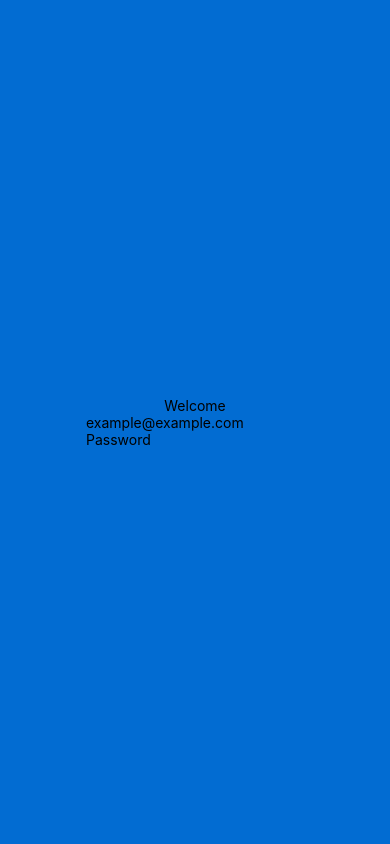
Repository: grownet-App/grownetAll
Screen: / (app in grownet-app/)
An editor plug-in stored every save of this project. The screen is shown before and after the next save, followed by the edit.
The app was drawn by React Native's web renderer in a window 390 px wide. The project was rebuilt for these pictures with package versions that can differ from the ones it lists, and the page was loaded fresh each time.

Above is the screen before, as saved 2023-07-05 16:41:18.

### grownet-app/App.js
import { StatusBar } from 'expo-status-bar';
import { StyleSheet, Text, TextInput, View, Image } from 'react-native';

export default function App() {
  return (
    <View style={styles.container}>
      <Image
        style={styles.tinyLogo}
        source={require('./assets/logo-init.svg')}
      />
      <Text>Welcome</Text>
      <TextInput
      placeholder='example@example.com'
      />
      <TextInput
      placeholder='Password'
      />
      <StatusBar style="auto" />
    </View>
  );
}

const styles = StyleSheet.create({
  container: {
    flex: 1,
    backgroundColor: '#026CD2',
    alignItems: 'center',
    justifyContent: 'center',
  },
});

After the next save:
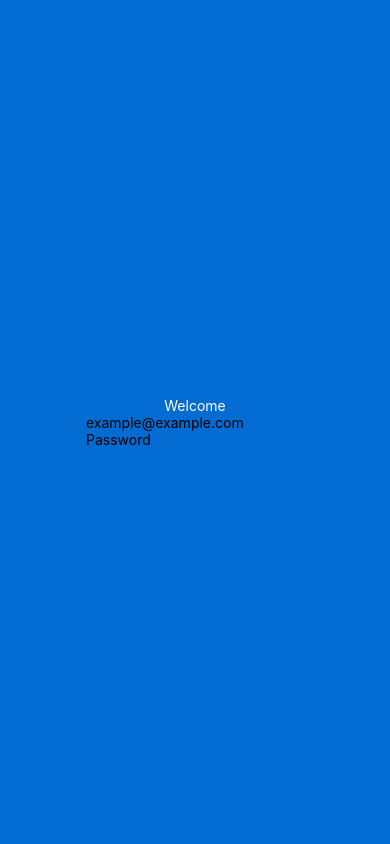
Saved 37 s later.
--- a/grownet-app/App.js
+++ b/grownet-app/App.js
@@ -8,7 +8,7 @@
         style={styles.tinyLogo}
         source={require('./assets/logo-init.svg')}
       />
-      <Text>Welcome</Text>
+      <Text style={styles.h1}>Welcome</Text>
       <TextInput
       placeholder='example@example.com'
       />
@@ -27,4 +27,7 @@
     alignItems: 'center',
     justifyContent: 'center',
   },
+  h1:{
+    color: 'white'
+  }
 });
